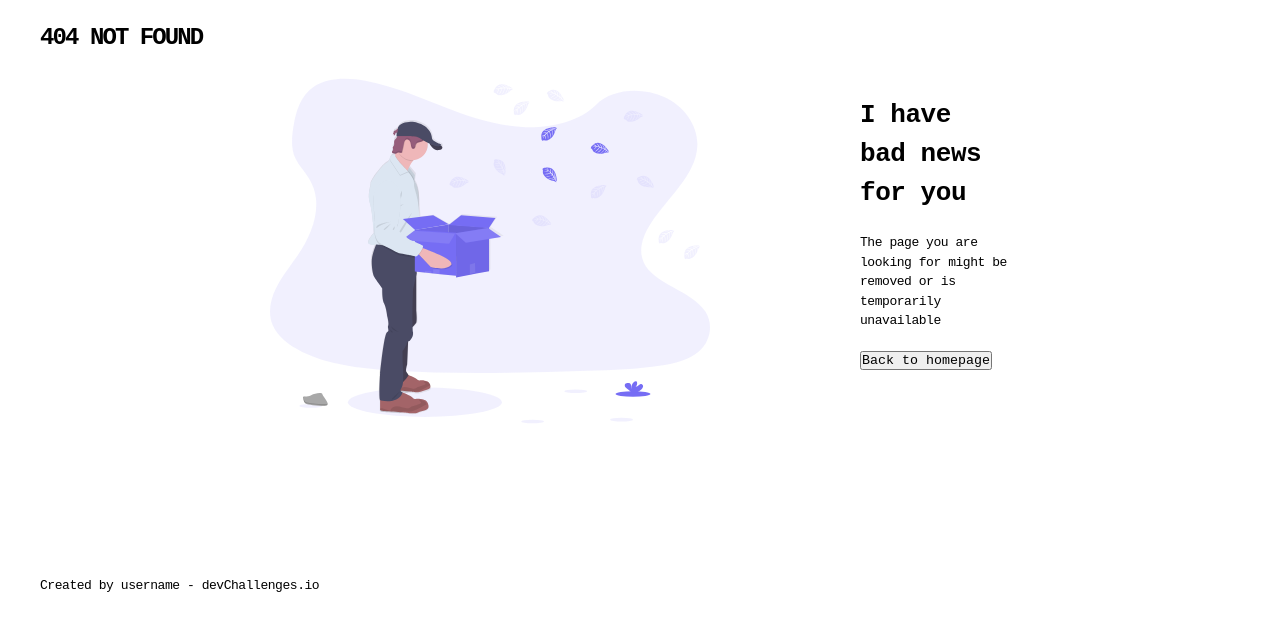
Repository: georgisenze/404-not-found-challeng
Page: index.html
These files come from the project's save history. The page is drawn as it stood at one moment and after the next save; the edit follows.
The browser window is 1280 px wide. The pictures show the whole page.

Above is the page before, as saved 2023-02-21 07:05:14.

### index.html
<!DOCTYPE html>
<html lang="en">
<head>
    <meta charset="UTF-8">
    <meta http-equiv="X-UA-Compatible" content="IE=edge">
    <meta name="viewport" content="width=device-width, initial-scale=1.0">
    <title>404 page not found</title>
    <link rel="stylesheet" href="assets/css/style.css">
    <link
      href="https://fonts.googleapis.com/css2?family=Poppins:wght@400;500&display=swap"
      rel="stylesheet"
    />
</head>
<body>
    <div class="main">
        <header>
            <p>404 not found</p>
        </header>

        <div class="container">
            <div class="row">
                <div class="left">
                    <img src="assets/img/404-illustration.svg" alt="">
                </div>
                <div class="rigth">
                    <div class="col-2">
                        <h1>I have bad news for  you</h1>
                    </div>
                    <div class="col-2">
                        <p>The page you are looking for might be removed or is temporarily unavailable</p>
                    </div>
                    <div class="col-2">
                        <button>Back to homepage</button>
                    </div>
                </div>
            </div>
        </div>


        <footer>
            <p>Created by <span>username</span> - devChallenges.io </p>
        </footer>
    </div>
</body>
</html>

### assets/css/style.css
*{
    margin: 0;
    padding: 0;
    font-family: monospace;
}

.main {
    grid-template-rows: auto 1fr auto;
    max-width: 1200px;
    min-height: 100vh;
    margin: 0 auto;
    padding-inline: 24px;
    line-height: 1.5;
    letter-spacing: -0.035em;
}

header p {
    text-transform: uppercase;
    font-weight: 700;
    font-size: 24px;
    padding: 20px 0;
    letter-spacing: -0.08em;
}

.container{
    display: flex;
    justify-content: center;
}

.row{
    display: flex;
    justify-content: space-around;
    height: 500px;
}

.left {
    margin-right: 150px;
}

.left img{
    width: 440px;
    height: 350px;
    float: left;
}

.rigth{
    display: flex;
    flex-direction: column;
    flex-wrap: wrap;
    align-content: space-between;
    width: 150px;
}

.col-2{
    padding-top: 20px;
}

After the next save:
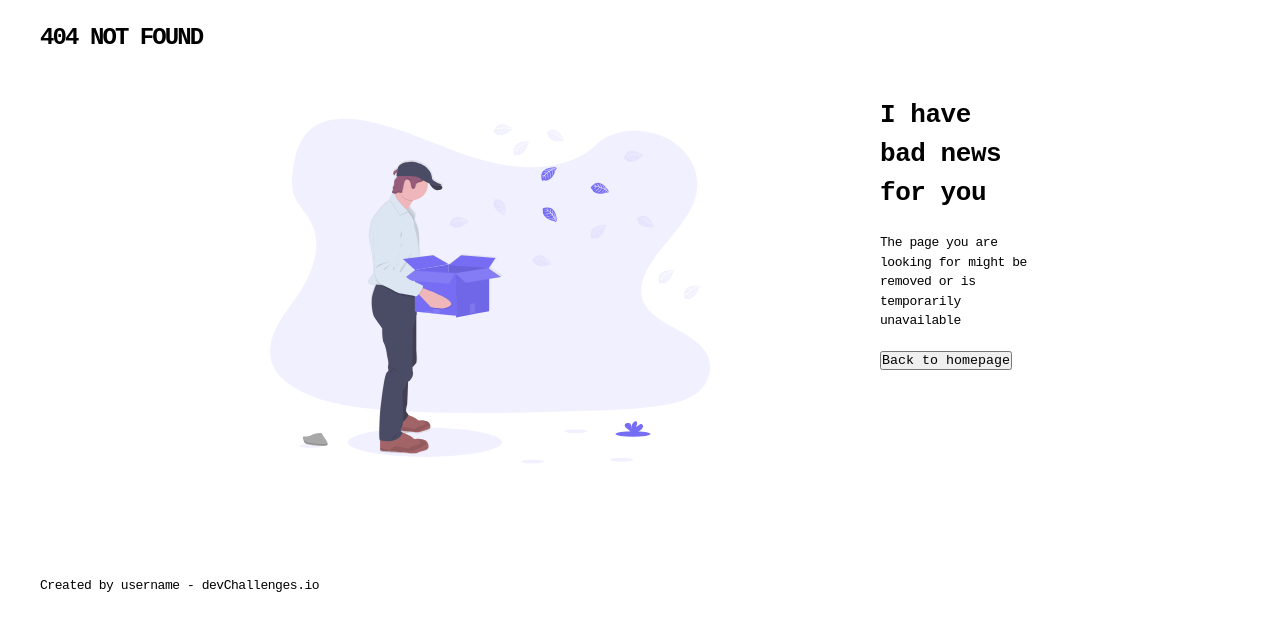
Saved 46 s later.
--- a/assets/css/style.css
+++ b/assets/css/style.css
@@ -41,6 +41,7 @@ header p {
     width: 440px;
     height: 350px;
     float: left;
+    padding: 40px 20px;
 }
 
 .rigth{
